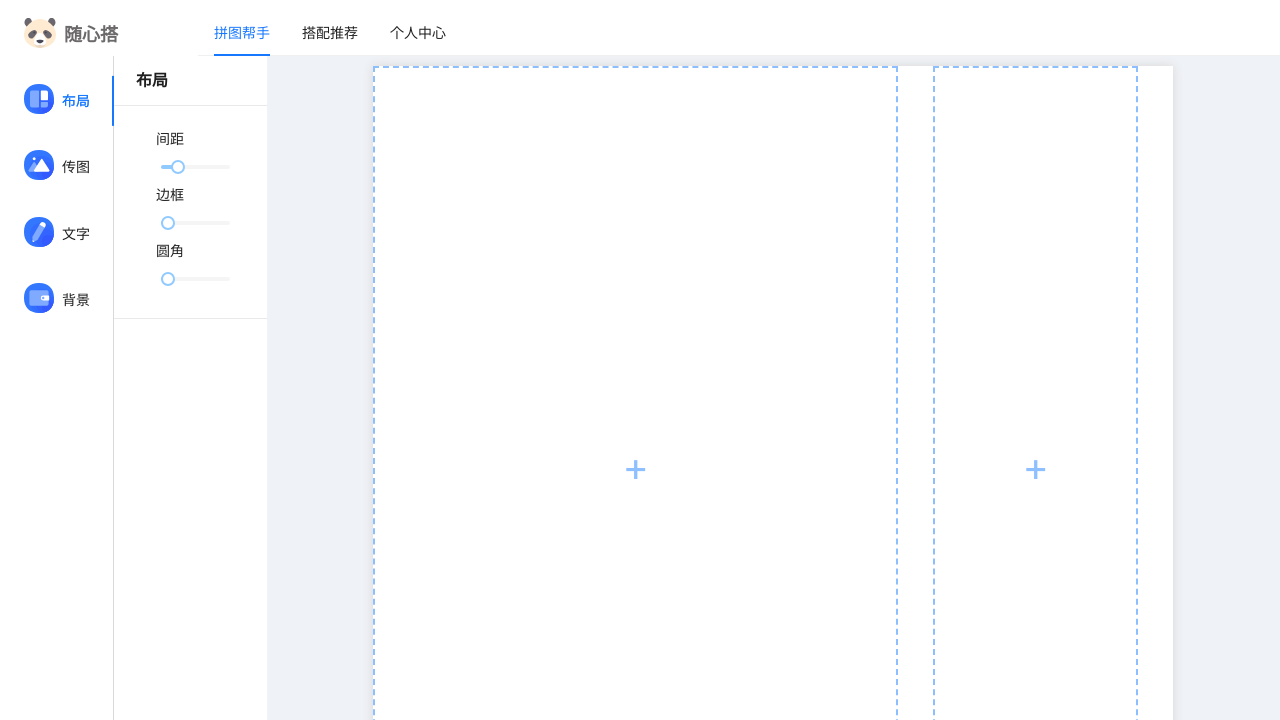
Repository: zzq1101921989/low-code
Page: /
These files come from the project's save history. The page is drawn as it stood at one moment and after the next save; the edit follows.
The browser window is 1280 px wide. The pictures show the whole page.
The project was rebuilt for these pictures with package versions that can differ from the ones it lists, and the page was loaded fresh each time. Also part of the build but not shown: vite.config.ts, src/pages/admin/index.tsx, src/components/icon/ClothesIcon.tsx, src/components/icon/HairIcon.tsx, src/components/icon/PantsIcon.tsx, src/components/icon/ShoeIcon.tsx, src/pages/recommend/index.tsx.

Above is the page before, as saved 2023-05-28 11:53:57.

After the next save:
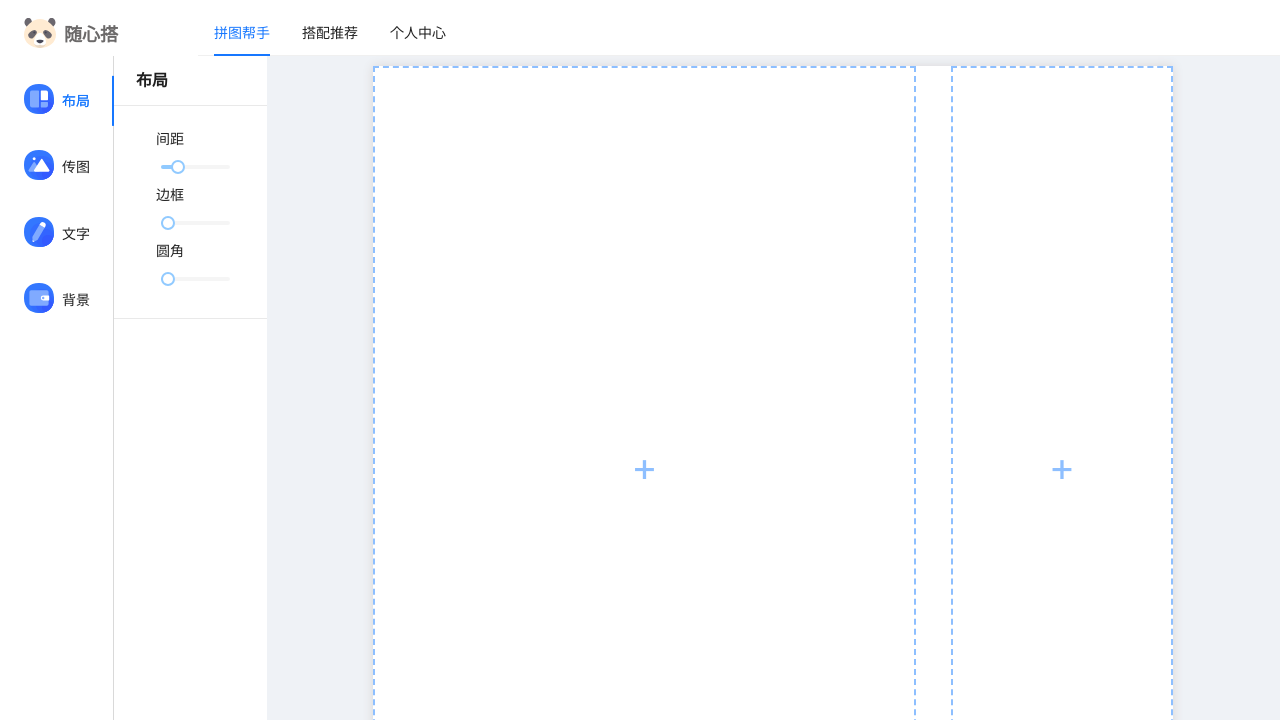
Saved 14 s later.
--- a/src/pages/home/features/DrawImage/index.tsx
+++ b/src/pages/home/features/DrawImage/index.tsx
@@ -223,11 +223,11 @@ const DrawImage: FC<DrawImageProps> = (props) => {
           // 不同方向之下，改变的宽高也是不一样的
           const currentWidth =
             direction === "left"
-              ? containerWidth * dirW - padding
+              ? containerWidth * dirW - (padding / 2)
               : containerWidth * dirW;
           const currentHeight =
             direction === "top"
-              ? containerHeight * dirH - padding
+              ? containerHeight * dirH - (padding / 2)
               : containerHeight * dirH;
 
           if (type !== "flag") {
